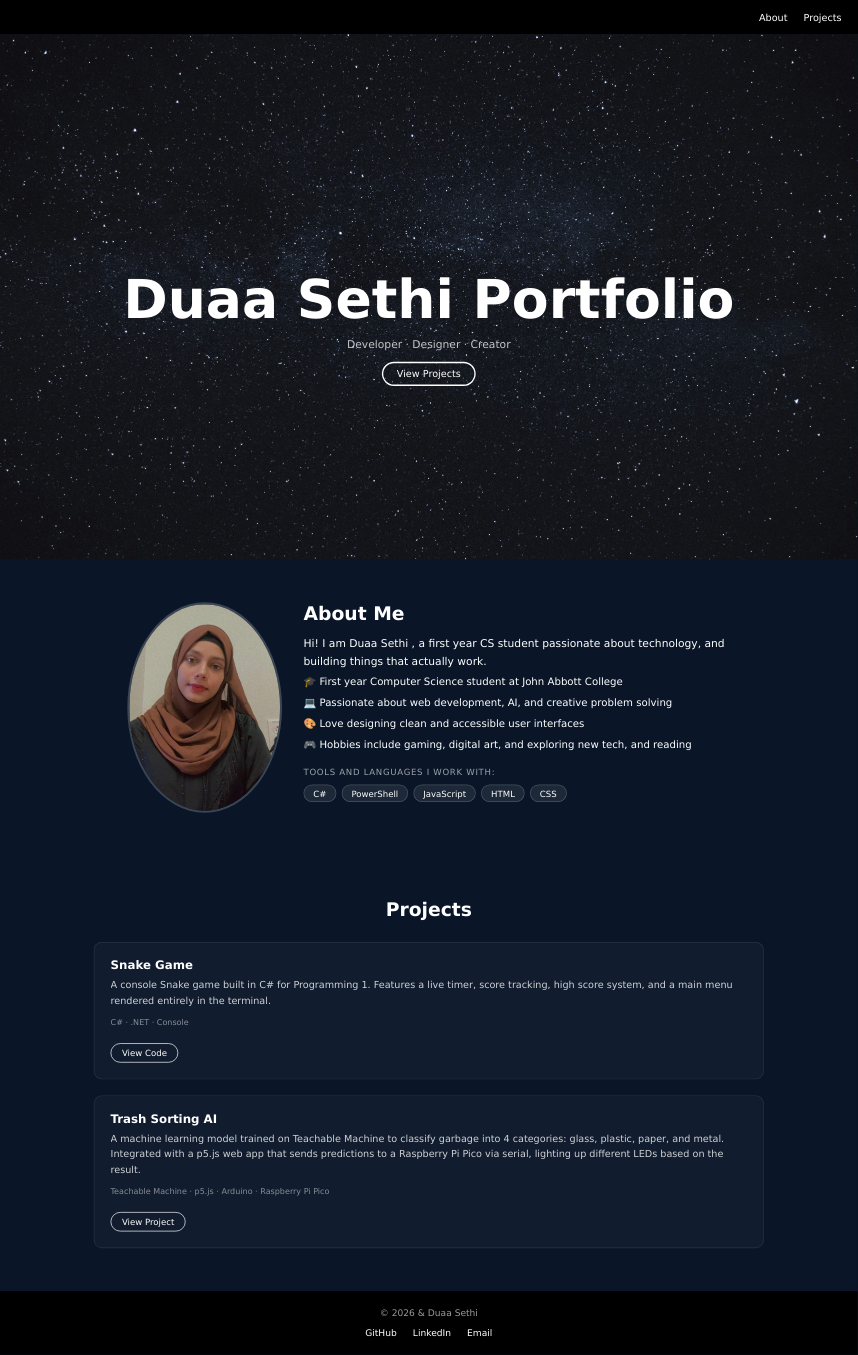
Repository: Duaa-Sethi/Duaa-Sethi
Page: index.html
An editor plug-in stored every save of this project. The page is shown before and after the next save, followed by the edit.
The browser window is 1280 px wide. The pictures show the whole page, at 67% of full size.
Some web fonts or font styles are not loaded; a fallback is used.

Above is the page before, as saved 2026-05-04 17:05:45.

After the next save:
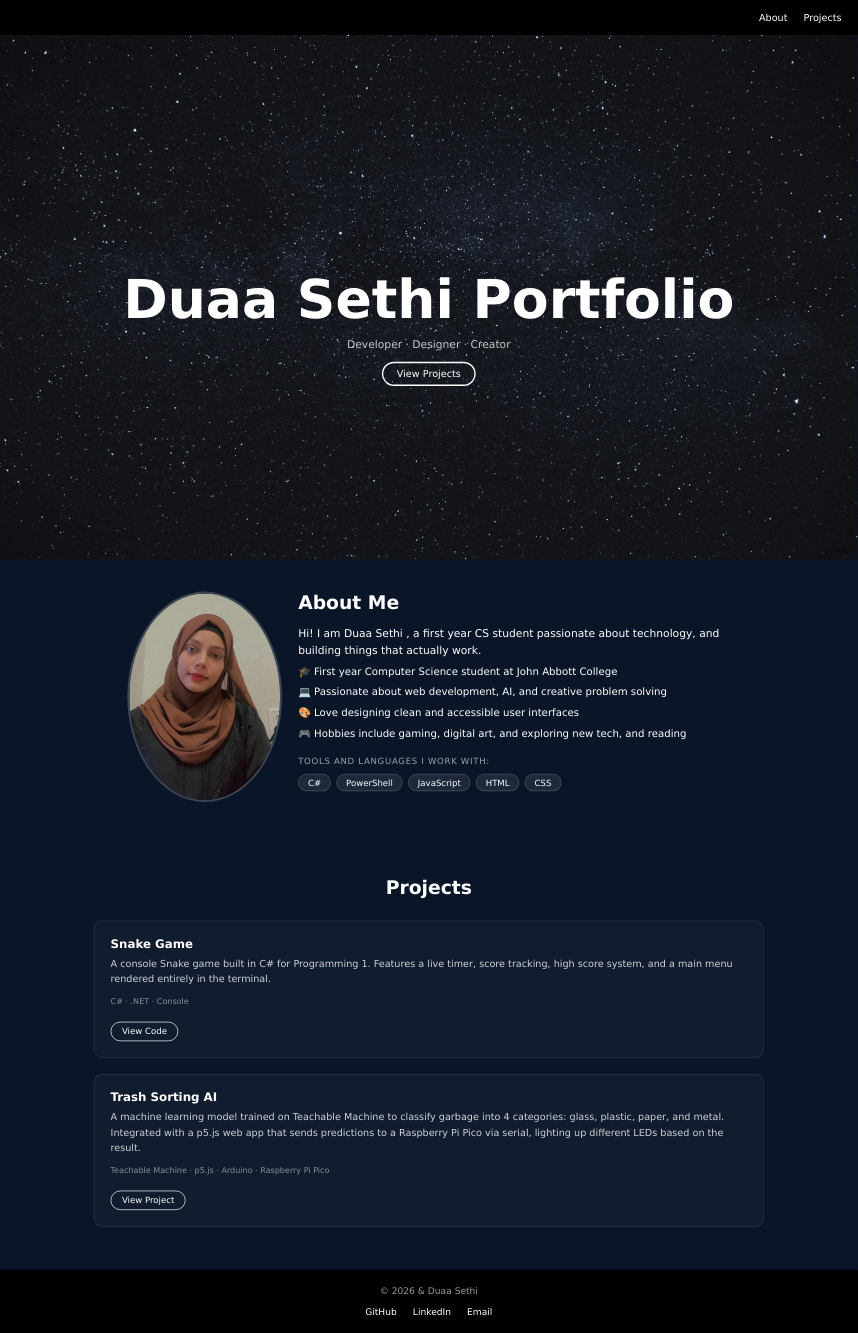
Saved 80 s later.
--- a/styles/index.css
+++ b/styles/index.css
@@ -64,8 +64,8 @@ nav ul li a {
 .about {
   display: flex;
   align-items: flex-start;
-  gap: 2rem;
-  padding: 4rem 1.5rem;
+  gap: 1.5rem;
+  padding: 3rem 1.5rem;
   text-align: center;
 }
 
